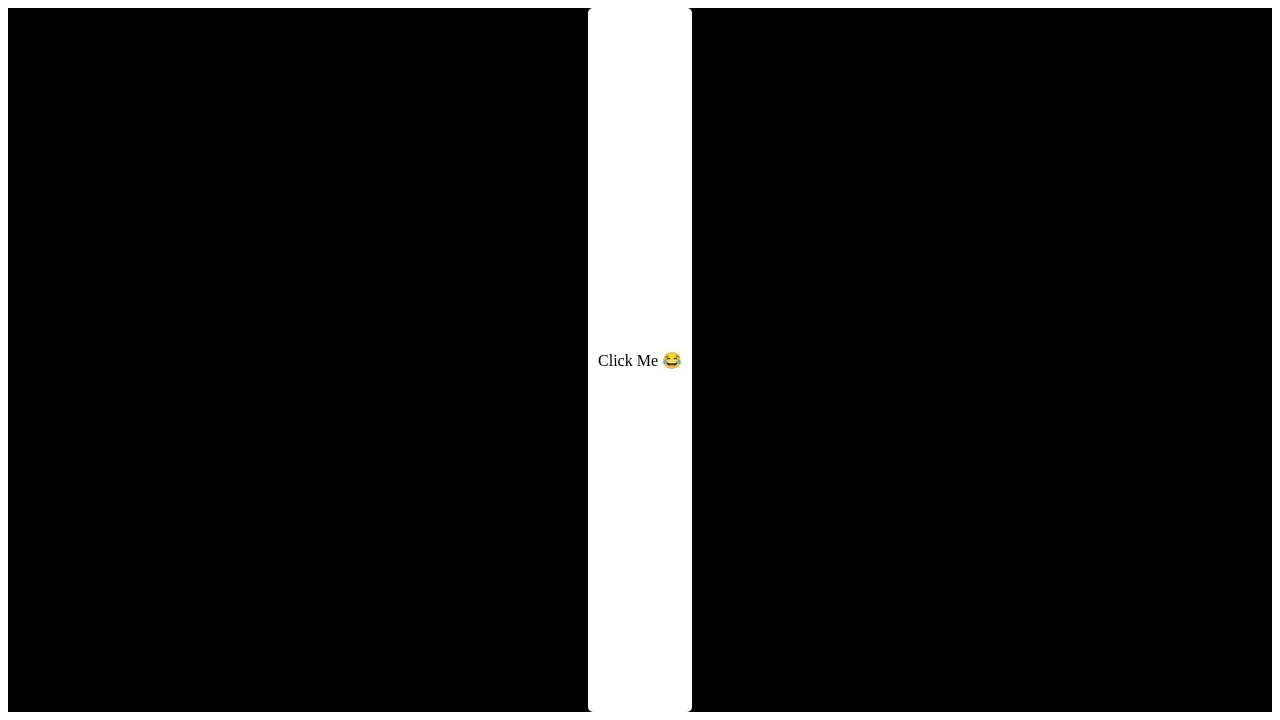
Repository: Sarah7223/internet-programming-tp
Page: TP2/TP02.2.html
An editor plug-in stored every save of this project. The page is shown before and after the next save, followed by the edit.
The browser window is 1280 px wide. The pictures show the whole page.

Above is the page before, as saved 2023-02-07 17:42:19.

### TP2/TP02.2.html
<html>
<head>
    <script src="./tween.js/dist/tween.umd.js"></script>
    <style>
        .background{
            display: flex;
            height: 100%;
            width: 100%;
            background-color: black;
            justify-content: center;
        }
        #btn{
            display: flex;
            padding:10px;
            background-color: white;
            border-radius: 5px;
            justify-content: center;
            align-items: center;
        }
    </style>
</head>
<body>
    <div class="background">
        <div id="btn" >
            <div>Click Me &#x1F602;</div>
        </div>
    </div>
    <script>
        function animate(time){
            requestAnimationFrame(animate)
            TWEEN.update(time)
        }
        requestAnimationFrame(animate)

        const button = document.getElementById('btn');
        function moveButton(){
            const coords={x:button.getBoundingClientRect().x,y:button.getBoundingClientRect().y};
            const EndX= Math.floor(Math.random() * screen.width);
            const EndY= Math.floor(Math.random() * screen.height);
            const tween=new TWEEN.Tween()
                .to({x: EndX, y: EndY},1000)
                .easing(TWEEN.Easing.Quadratic.Out)
                .onUpdate( () => {
                    console.log(`${coords.x}px, ${coords.y}px`);
                })
                .start()
        }
        button.addEventListener('mouseover',(e)=>{moveButton()});
    </script>
</body>
</html>

Loaded but not shown: TP2/tween.js/dist/tween.umd.js (867 lines, source omitted)

After the next save:
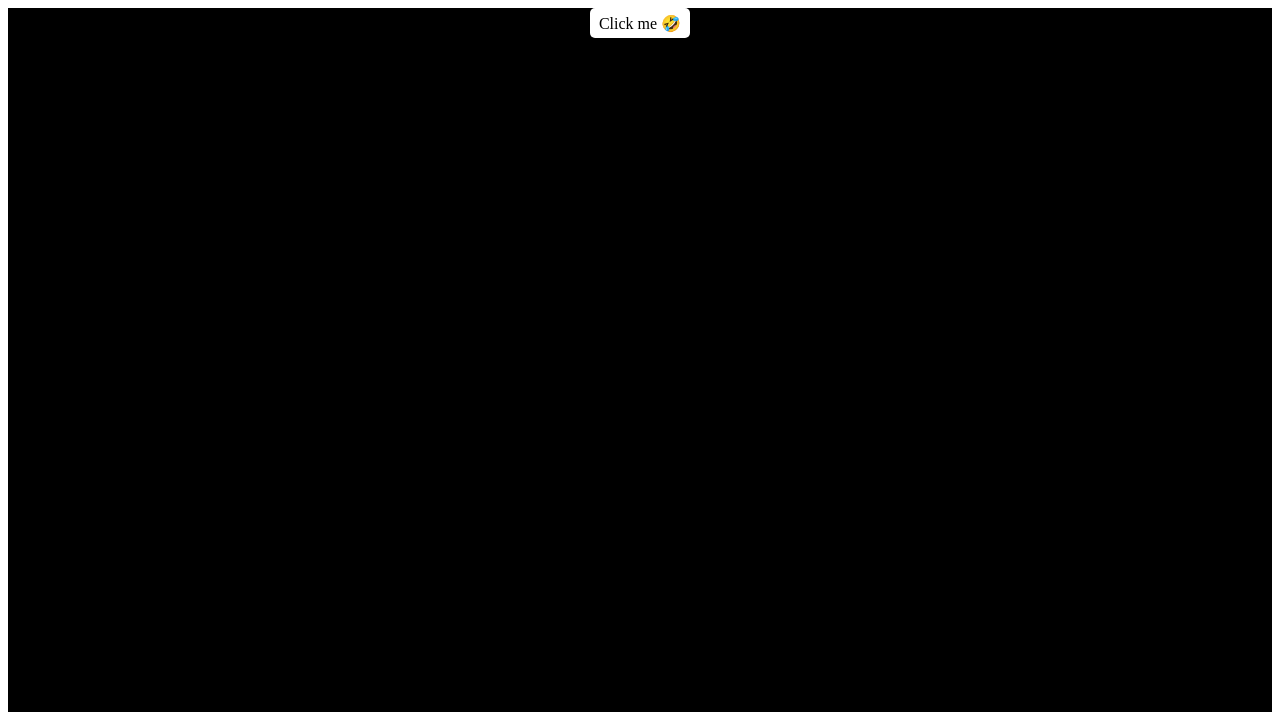
Saved 28 s later.
--- a/TP2/TP02.2.html
+++ b/TP2/TP02.2.html
@@ -11,7 +11,8 @@
         }
         #btn{
             display: flex;
-            padding:10px;
+            height: 30px;
+            width: 100px;
             background-color: white;
             border-radius: 5px;
             justify-content: center;
@@ -22,7 +23,7 @@
 <body>
     <div class="background">
         <div id="btn" >
-            <div>Click Me &#x1F602;</div>
+            <div>Click me 🤣</div>
         </div>
     </div>
     <script>

After the save that followed:
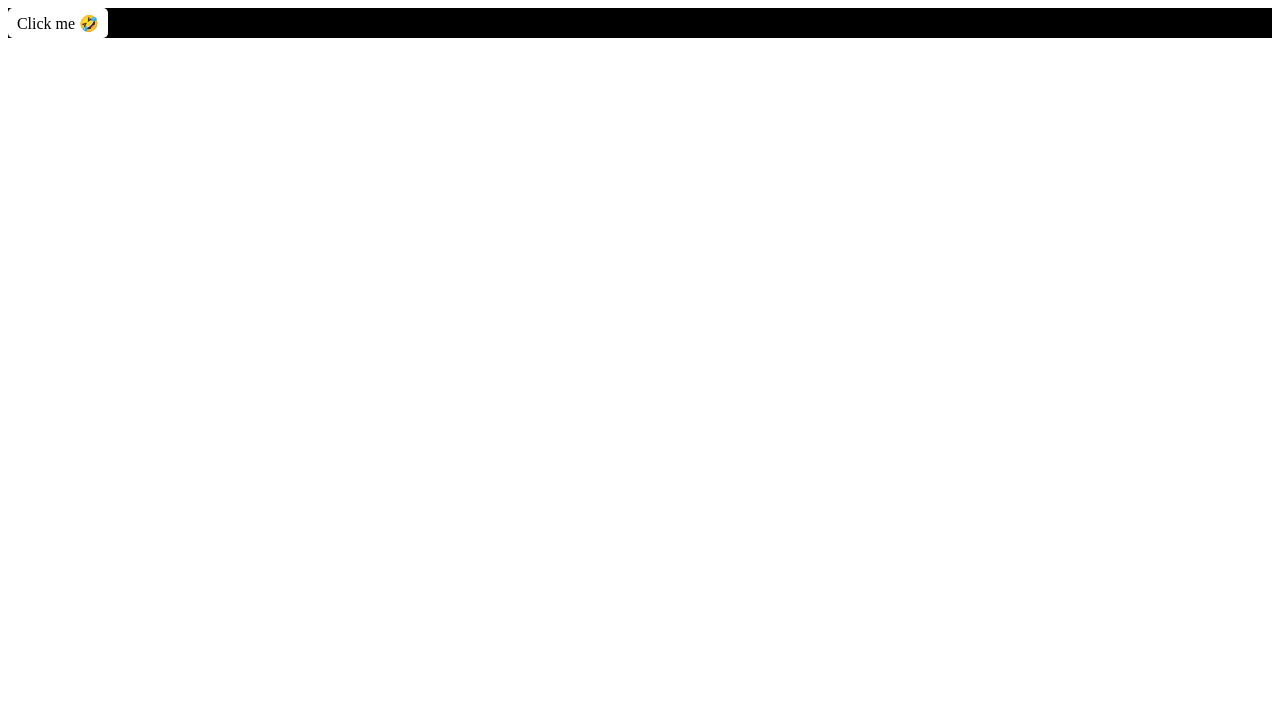
Saved 31 s later.
--- a/TP2/TP02.2.html
+++ b/TP2/TP02.2.html
@@ -4,10 +4,7 @@
     <style>
         .background{
             display: flex;
-            height: 100%;
-            width: 100%;
             background-color: black;
-            justify-content: center;
         }
         #btn{
             display: flex;
